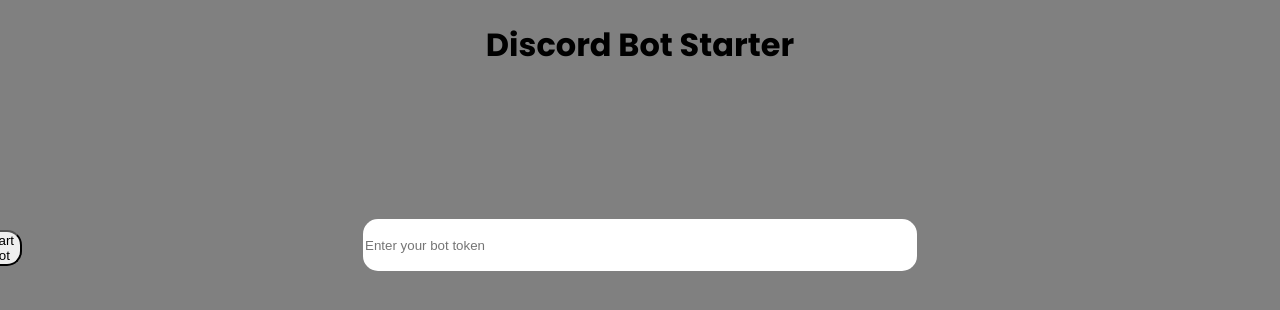
Repository: ranger2202/discord-bot-panel
Page: ranger-bot-runner/app/templates/landing.html
The author's editor kept a copy of each file at every save. The page is drawn from the files as they stood at one save, then again after a run of saves.
The browser window is 1280 px wide. The pictures show the whole page.

Above is the page before, as saved 2023-12-30 12:04:52.

### ranger-bot-runner/app/templates/landing.html
<!DOCTYPE html>
<html lang="en">
<head>
    <meta charset="UTF-8">
    <meta name="viewport" content="width=device-width, initial-scale=1.0">
    <link rel="stylesheet" href="./../static/landing.css">
    <link rel="preconnect" href="https://fonts.googleapis.com">
    <link rel="preconnect" href="https://fonts.gstatic.com" crossorigin>
    <link href="https://fonts.googleapis.com/css2?family=Poppins:wght@400;500;600;700&display=swap" rel="stylesheet">
    <title>Discord Bot Starterqwrqwr</title>
</head>
<body>
    <h1 class="bot-header">Discord Bot Starter</h1>
    <div class="bot-token">
        <input class="bot-token-password" type="password" id="token" placeholder="Enter your bot token">
    </div>
    <div class="start-button">
        <button class="start-button" onclick="startBot()">Start Bot</button>
    </div>


    <script type="text/javascript" src="./../static/js/app.js"></script>
</body>
</html>

### ranger-bot-runner/app/static/landing.css
body {
    background-color: grey;
    padding: 0;
    margin: 0;
    font-family: 'Poppins', sans-serif;
}
.start-button{
    cursor: pointer;
    display: flex;
    justify-content: center;
    position: absolute;
    top: 115px;
}
.start-button button{
    border-radius: 15px;

}
.bot-header{
    display: flex;
    justify-content: center;
}
.bot-token{
    display: flex;
    justify-content: center;
    margin-top: 150px;
}
.bot-token-password{
    width: 550px;
    height: 50px;
    border-radius: 15px;
    color: #000;
    border: none;

}

### ranger-bot-runner/app/static/js/app.js
function startBot() {
  var token = document.getElementById('token').value;
  fetch('/start_bot', {
      method: 'POST',
      headers: {
          'Content-Type': 'application/json',
      },
      body: JSON.stringify({ bot_token: token }),  // Adjusted to match server expectation
  })
  .then(response => response.json())
  .then(data => {
      alert(data.message);  // Display the server response message
  })
  .catch(error => {
      alert('There was an error somewhere.');
  });
}

After the next 3 saves:
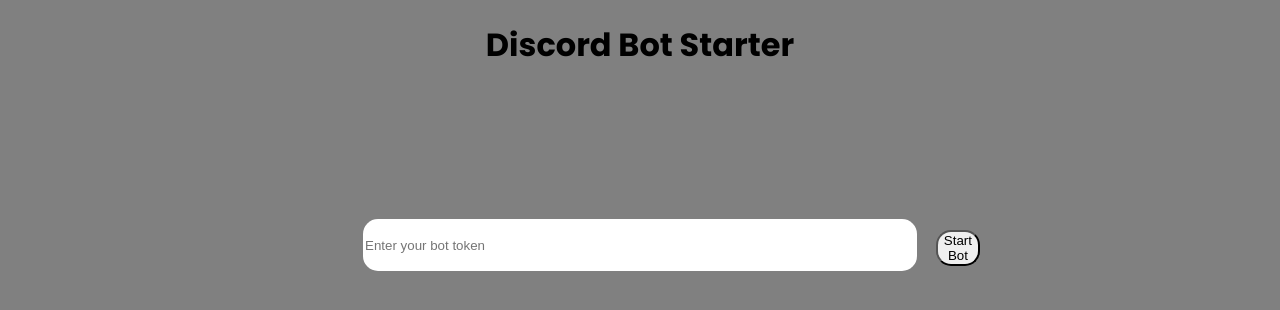
The 3 saves are shown as one change because they came seconds apart.
The last was saved 9 s later.
--- a/ranger-bot-runner/app/static/landing.css
+++ b/ranger-bot-runner/app/static/landing.css
@@ -9,6 +9,7 @@
     display: flex;
     justify-content: center;
     position: absolute;
+    right: 150px;
     top: 115px;
 }
 .start-button button{
